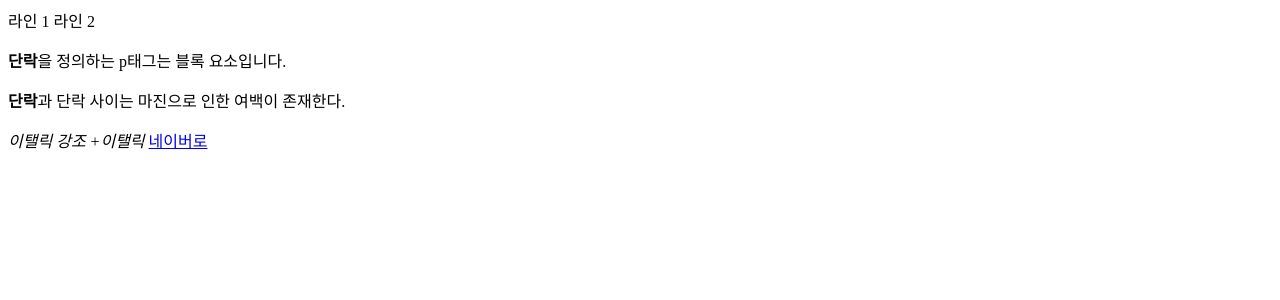
Repository: masima305/html_study
Page: Ex_1220/WebContent/day1/block_inline.html
These files come from the project's save history. The page is drawn as it stood at one moment and after the next save; the edit follows.
The browser window is 1280 px wide. The pictures show the whole page.

Above is the page before, as saved 2017-12-20 03:10:08.

After the next save:
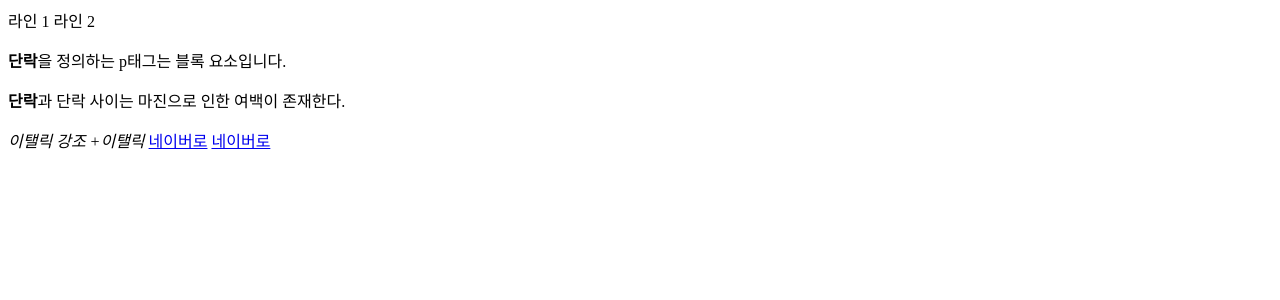
Saved 15 s later.
--- a/Ex_1220/WebContent/day1/block_inline.html
+++ b/Ex_1220/WebContent/day1/block_inline.html
@@ -18,6 +18,8 @@
 		<i>이탤릭</i>
 		<em>강조 +이탤릭</em>
 		<a href="http://www.naver.com">네이버로</a>
+		<a href="h_tag.html">네이버로</a>
+
 
 	</body>
 </html>
